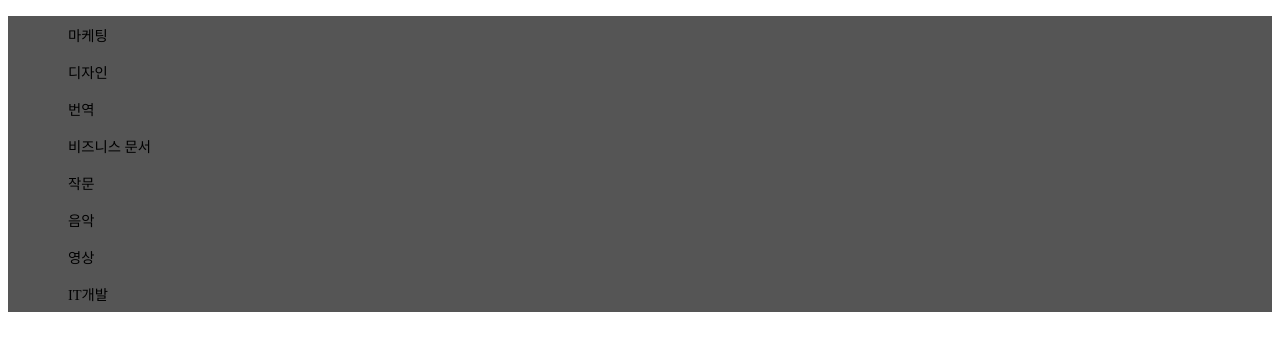
Repository: Gotaemin/java
Page: http://localhost/BBS/test/NewFile1.jsp
An editor plug-in stored every save of this project. The page is shown before and after the next save, followed by the edit.
The browser window is 1280 px wide. The pictures show the whole page.
The pointer rests on the first visible `.filter_content div`.
The page is served by Tomcat 9. Other server files are loaded and not shown.

Above is the page before, as saved 2020-03-19 05:36:05.

### BBS/BBS/WebContent/test/NewFile1.jsp
<%@ page language="java" contentType="text/html; charset=UTF-8"
	pageEncoding="UTF-8"%>
<!DOCTYPE html>
<html>
<head>
<meta charset="UTF-8">
<title>Insert title here</title>

<style type="text/css">



.filter_content ul li:hover {
	color: royalblue;
	font-weight: bold;
	background: #eee;
}

.filter_content ul li:hover {
	cursor: pointer;
}

.filter_content div:hover {
    background: #555;
}

.filter_content ul li {
    list-style: none;
    font-size: 0.9em;
    padding: 8px 20px;
}
</style>

</head>
<body>

	<div class="filter_content">
		<div class="w3-col m3">
			<ul class="language">
				<li>마케팅</li>
				<li>디자인</li>
				<li>번역</li>
				<li>비즈니스 문서</li>
				<li>작문</li>
				<li>음악</li>
				<li>영상</li>
				<li>IT개발</li>
			</ul>
		</div>
	</div>
</body>
</html>

After the next save:
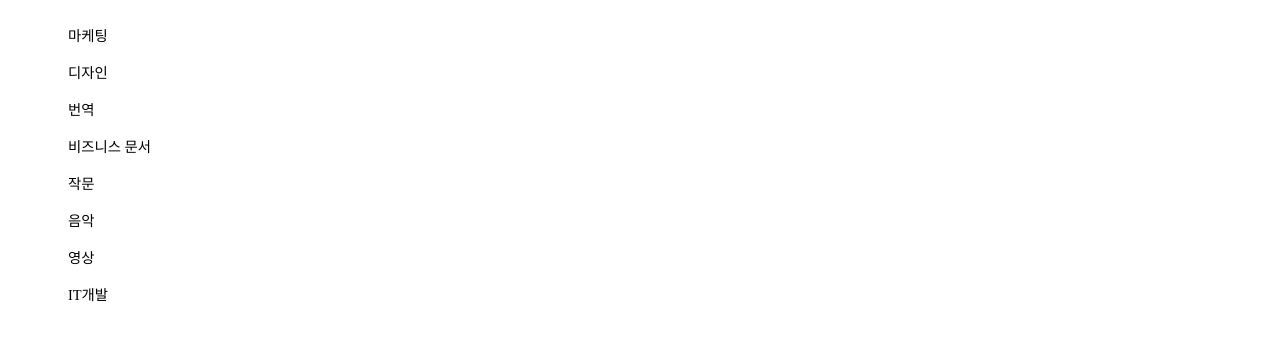
Saved 12 s later.
--- a/BBS/BBS/WebContent/test/NewFile1.jsp
+++ b/BBS/BBS/WebContent/test/NewFile1.jsp
@@ -20,7 +20,7 @@
 	cursor: pointer;
 }
 
-.filter_content div:hover {
+.filter_content div::-webkit-scrollbar-thumb:hover {
     background: #555;
 }
 
